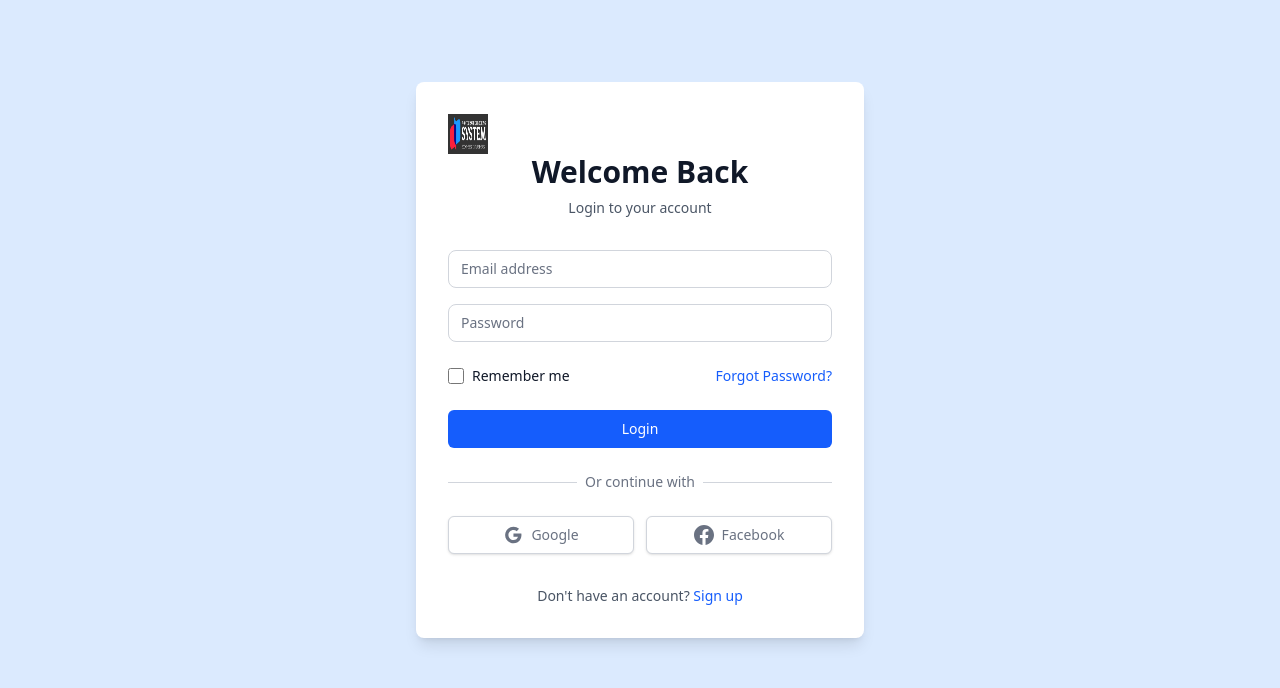
Repository: iamsirajacharya/FYP_Photographer_Booking_system
Page: /login (app in FrontEnd/)
An editor plug-in stored every save of this project. The page is shown before and after the next save, followed by the edit.
The browser window is 1280 px wide. The pictures show the whole page.
The project was rebuilt for these pictures with package versions that can differ from the ones it lists, and the page was loaded fresh each time. Also part of the build but not shown: FrontEnd/src/components/Authentication/Register.jsx, FrontEnd/src/components/Dashboard/Banner.jsx, FrontEnd/src/components/Dashboard/Navbar.jsx, FrontEnd/src/components/Dashboard/Home.jsx.

Above is the page before, as saved 2025-02-22 23:18:32.

### FrontEnd/index.html
<!DOCTYPE html>
<html lang="en">
  <head>
    <meta charset="UTF-8" />
    <link rel="icon" type="image/svg+xml" href="/vite.svg" />
    <meta name="viewport" content="width=device-width, initial-scale=1.0" />
    <title>Vite + React</title>
    <link href="/src/index.css" rel="stylesheet" />
  </head>
  <body>
    <div id="root"></div>
    <script type="module" src="/src/main.jsx"></script>
  </body>
</html>

### FrontEnd/src/main.jsx
import React from "react";
import { StrictMode } from "react";
import { createRoot } from "react-dom/client";
import "./index.css";
import App from "./App.jsx";
import { BrowserRouter } from "react-router";

createRoot(document.getElementById("root")).render(
  <BrowserRouter>
    <App />
  </BrowserRouter>
);

### FrontEnd/src/App.jsx
import React from "react";
import { Routes, Route } from "react-router";
import Register from "../src/components/Authentication/Register";
import Home from "../src/components/Dashboard/Home";
import Login from "../src/components/Authentication/Login";

function App() {
  return (
    <Routes>
      <Route path="/" element={<Home />} />
      <Route path="/register" element={<Register />} />
      <Route path="/login" element={<Login />} />
    </Routes>
  );
}

export default App;

### FrontEnd/src/components/Authentication/Login.jsx
import React, { useState } from "react";
import { Link, useNavigate } from "react-router-dom";
import logo from "../../assets/images/logo.jpg";

const Login = () => {
  const navigate = useNavigate();
  const [formData, setFormData] = useState({
    email: "",
    password: "",
    rememberMe: false,
  });
  const [errors, setErrors] = useState({});
  const [isLoading, setIsLoading] = useState(false);

  const validateForm = () => {
    const newErrors = {};

    // Email validation
    if (!formData.email) {
      newErrors.email = "Email is required";
    } else if (!/\S+@\S+\.\S+/.test(formData.email)) {
      newErrors.email = "Please enter a valid email";
    }

    // Password validation
    if (!formData.password) {
      newErrors.password = "Password is required";
    } else if (formData.password.length < 6) {
      newErrors.password = "Password must be at least 6 characters";
    }

    setErrors(newErrors);
    return Object.keys(newErrors).length === 0;
  };

  const handleChange = (e) => {
    const { name, value, type, checked } = e.target;
    setFormData((prev) => ({
      ...prev,
      [name]: type === "checkbox" ? checked : value,
    }));
    // Clear error when user starts typing
    if (errors[name]) {
      setErrors((prev) => ({
        ...prev,
        [name]: "",
      }));
    }
  };

  const handleSubmit = async (e) => {
    e.preventDefault();

    if (!validateForm()) {
      return;
    }

    setIsLoading(true);
    try {
      // Simulate API call
      await new Promise((resolve) => setTimeout(resolve, 1000));

      // Handle successful login
      console.log("Login successful");
      navigate("/dashboard");
    } catch (error) {
      setErrors({
        submit: "Failed to login. Please try again.",
      });
    } finally {
      setIsLoading(false);
    }
  };

  const handleSocialLogin = (provider) => {
    console.log(`Logging in with ${provider}`);
    // Implement social login logic here
  };

  return (
    <div className="min-h-screen flex items-center justify-center bg-blue-100 py-12 px-4 sm:px-6 lg:px-8">
      <div className="max-w-md w-full space-y-8 bg-white p-8 rounded-lg shadow-lg">
        <div className="justify-center text-center">
          <img
            className="justify-center align-center h-10 w-10"
            src={logo}
            alt="logo"
          />
          <h2 className="text-3xl font-bold text-gray-900">Welcome Back</h2>
          <p className="mt-2 text-sm text-gray-600">Login to your account</p>
        </div>

        <form className="mt-8 space-y-6" onSubmit={handleSubmit}>
          <div className="space-y-4">
            <div>
              <label htmlFor="email" className="sr-only">
                Email address
              </label>
              <div className="relative">
                <input
                  id="email"
                  name="email"
                  type="email"
                  value={formData.email}
                  onChange={handleChange}
                  className={`appearance-none rounded-lg relative block w-full px-3 py-2 border ${
                    errors.email ? "border-red-500" : "border-gray-300"
                  } placeholder-gray-500 text-gray-900 focus:outline-none focus:ring-blue-500 focus:border-blue-500 focus:z-10 sm:text-sm`}
                  placeholder="Email address"
                />
                {errors.email && (
                  <p className="mt-1 text-xs text-red-500">{errors.email}</p>
                )}
              </div>
            </div>

            <div>
              <label htmlFor="password" className="sr-only">
                Password
              </label>
              <div className="relative">
                <input
                  id="password"
                  name="password"
                  type="password"
                  value={formData.password}
                  onChange={handleChange}
                  className={`appearance-none rounded-lg relative block w-full px-3 py-2 border ${
                    errors.password ? "border-red-500" : "border-gray-300"
                  } placeholder-gray-500 text-gray-900 focus:outline-none focus:ring-blue-500 focus:border-blue-500 focus:z-10 sm:text-sm`}
                  placeholder="Password"
                />
                {errors.password && (
                  <p className="mt-1 text-xs text-red-500">{errors.password}</p>
                )}
              </div>
            </div>
          </div>

          <div className="flex items-center justify-between">
            <div className="flex items-center">
              <input
                id="remember-me"
                name="rememberMe"
                type="checkbox"
                checked={formData.rememberMe}
                onChange={handleChange}
                className="h-4 w-4 text-blue-600 focus:ring-blue-500 border-gray-300 rounded"
              />
              <label
                htmlFor="remember-me"
                className="ml-2 block text-sm text-gray-900"
              >
                Remember me
              </label>
            </div>

            <div className="text-sm">
              <Link
                to="/forgot-password"
                className="font-medium text-blue-600 hover:text-blue-500"
              >
                Forgot Password?
              </Link>
            </div>
          </div>

          {errors.submit && (
            <p className="text-sm text-center text-red-500">{errors.submit}</p>
          )}

          <button
            type="submit"
            disabled={isLoading}
            className="group relative w-full flex justify-center py-2 px-4 border border-transparent text-sm font-medium rounded-md text-white bg-blue-600 hover:bg-blue-700 focus:outline-none focus:ring-2 focus:ring-offset-2 focus:ring-blue-500 disabled:opacity-50"
          >
            {isLoading ? (
              <span className="flex items-center">
                <svg
                  className="animate-spin -ml-1 mr-3 h-5 w-5 text-white"
                  xmlns="http://www.w3.org/2000/svg"
                  fill="none"
                  viewBox="0 0 24 24"
                >
                  <circle
                    className="opacity-25"
                    cx="12"
                    cy="12"
                    r="10"
                    stroke="currentColor"
                    strokeWidth="4"
                  ></circle>
                  <path
                    className="opacity-75"
                    fill="currentColor"
                    d="M4 12a8 8 0 018-8V0C5.373 0 0 5.373 0 12h4zm2 5.291A7.962 7.962 0 014 12H0c0 3.042 1.135 5.824 3 7.938l3-2.647z"
                  ></path>
                </svg>
                Loading...
              </span>
            ) : (
              "Login"
            )}
          </button>

          <div className="mt-6">
            <div className="relative">
              <div className="absolute inset-0 flex items-center">
                <div className="w-full border-t border-gray-300"></div>
              </div>
              <div className="relative flex justify-center text-sm">
                <span className="px-2 bg-white text-gray-500">
                  Or continue with
                </span>
              </div>
            </div>

            <div className="mt-6 grid grid-cols-2 gap-3">
              <button
                type="button"
                onClick={() => handleSocialLogin("Google")}
                className="w-full inline-flex justify-center py-2 px-4 border border-gray-300 rounded-md shadow-sm bg-white text-sm font-medium text-gray-500 hover:bg-gray-50"
              >
                <svg className="w-5 h-5" viewBox="0 0 24 24">
                  <path
                    fill="currentColor"
                    d="M12.545,10.239v3.821h5.445c-0.712,2.315-2.647,3.972-5.445,3.972c-3.332,0-6.033-2.701-6.033-6.032s2.701-6.032,6.033-6.032c1.498,0,2.866,0.549,3.921,1.453l2.814-2.814C17.503,2.988,15.139,2,12.545,2C7.021,2,2.543,6.477,2.543,12s4.478,10,10.002,10c8.396,0,10.249-7.85,9.426-11.748L12.545,10.239z"
                  />
                </svg>
                <span className="ml-2">Google</span>
              </button>

              <button
                type="button"
                onClick={() => handleSocialLogin("Facebook")}
                className="w-full inline-flex justify-center py-2 px-4 border border-gray-300 rounded-md shadow-sm bg-white text-sm font-medium text-gray-500 hover:bg-gray-50"
              >
                <svg
                  className="w-5 h-5"
                  fill="currentColor"
                  viewBox="0 0 24 24"
                >
                  <path d="M24 12.073c0-6.627-5.373-12-12-12s-12 5.373-12 12c0 5.99 4.388 10.954 10.125 11.854v-8.385H7.078v-3.47h3.047V9.43c0-3.007 1.792-4.669 4.533-4.669 1.312 0 2.686.235 2.686.235v2.953H15.83c-1.491 0-1.956.925-1.956 1.874v2.25h3.328l-.532 3.47h-2.796v8.385C19.612 23.027 24 18.062 24 12.073z" />
                </svg>
                <span className="ml-2">Facebook</span>
              </button>
            </div>
          </div>
        </form>

        <p className="mt-8 text-center text-sm text-gray-600">
          Don't have an account?{" "}
          <Link
            to="/signup"
            className="font-medium text-blue-600 hover:text-blue-500"
          >
            Sign up
          </Link>
        </p>
      </div>
    </div>
  );
};

export default Login;

Loaded but not shown: FrontEnd/src/index.css (common file)

After the next save:
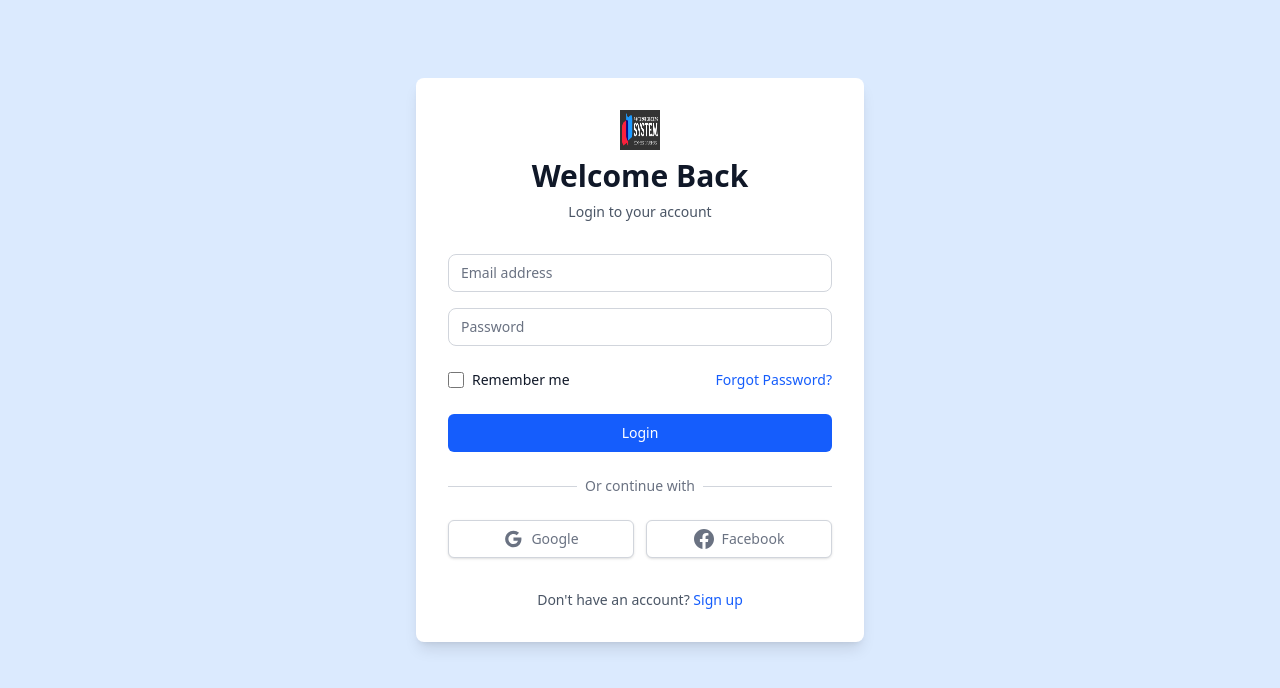
Saved 2 min 37 s later.
--- a/FrontEnd/src/components/Authentication/Login.jsx
+++ b/FrontEnd/src/components/Authentication/Login.jsx
@@ -80,12 +80,8 @@ const Login = () => {
   return (
     <div className="min-h-screen flex items-center justify-center bg-blue-100 py-12 px-4 sm:px-6 lg:px-8">
       <div className="max-w-md w-full space-y-8 bg-white p-8 rounded-lg shadow-lg">
-        <div className="justify-center text-center">
-          <img
-            className="justify-center align-center h-10 w-10"
-            src={logo}
-            alt="logo"
-          />
+        <div className="flex flex-col items-center text-center">
+          <img className="h-10 w-10 mb-2" src={logo} alt="logo" />
           <h2 className="text-3xl font-bold text-gray-900">Welcome Back</h2>
           <p className="mt-2 text-sm text-gray-600">Login to your account</p>
         </div>
